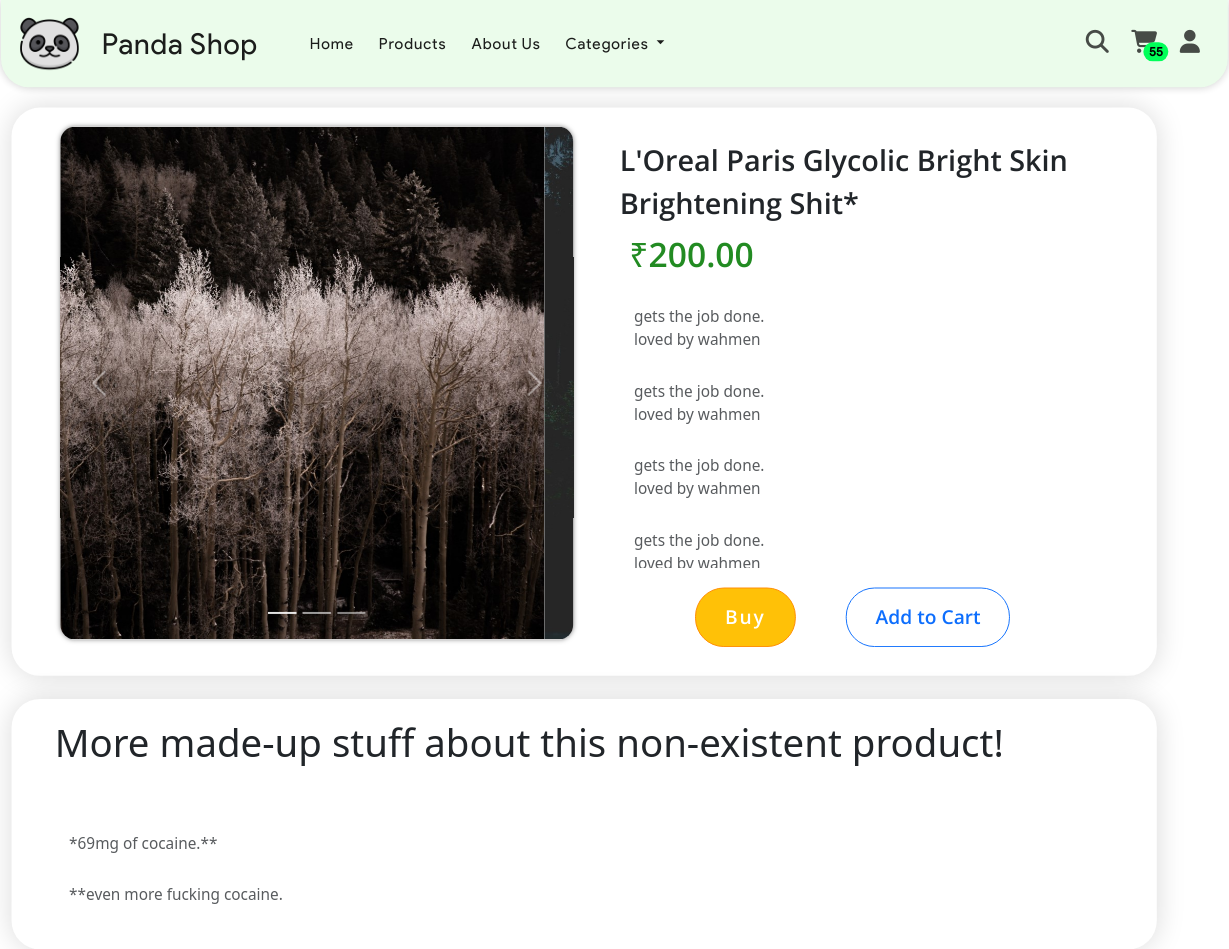
Repository: Anindyait/Panda-web-project
Page: http://localhost/Project1/product.html
The author's editor kept a copy of each file at every save. The page is drawn from the files as they stood at one save, then again after the next save.
The browser window is 1280 px wide. The pictures show the whole page, at 96% of full size.
Some web fonts or font styles are not loaded; a fallback is used. Some web libraries are served in a nearby version. The page is served by Tomcat 9.

Above is the page before, as saved 2022-11-26 15:10:48.

After the next save:
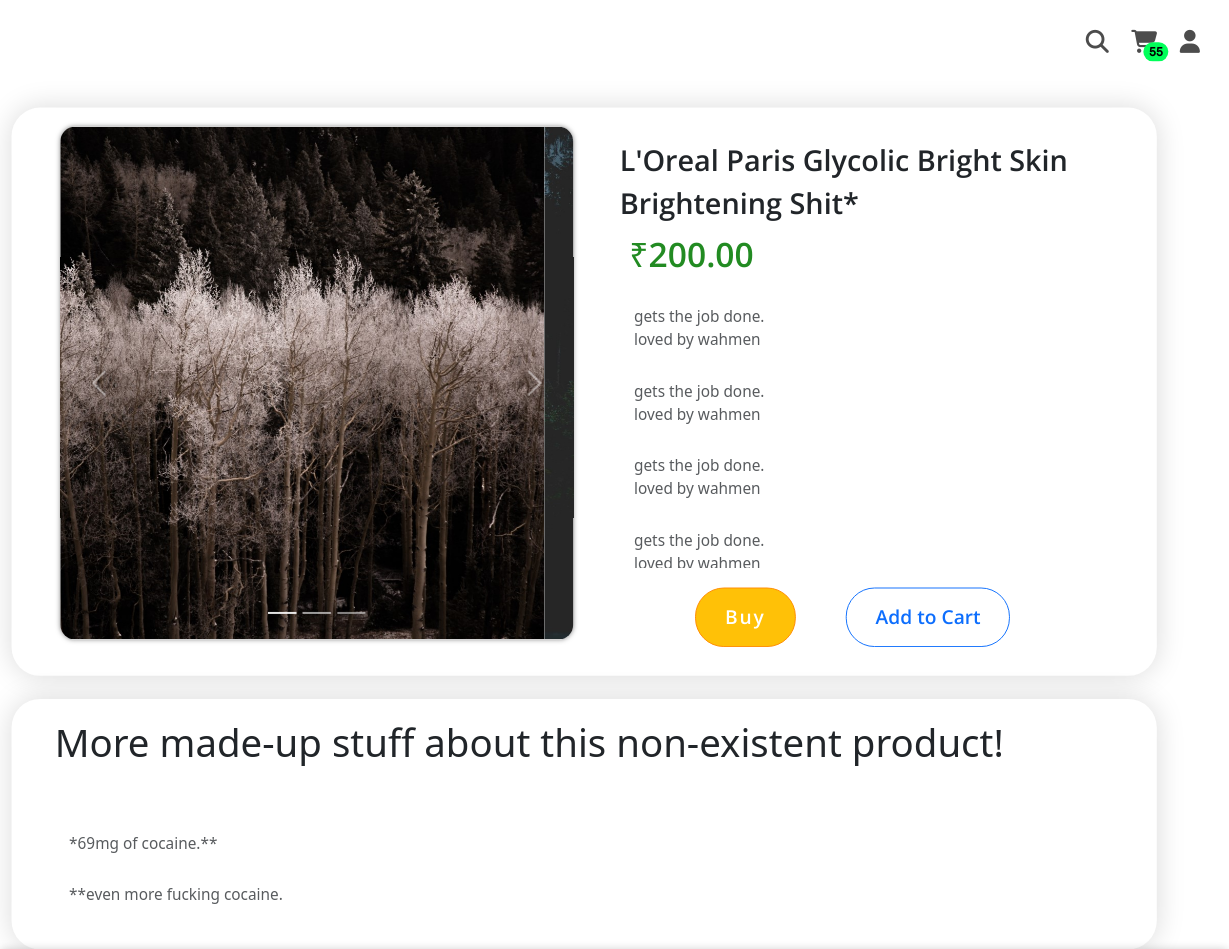
Saved 5 min 10 s later.
--- a/Project1/src/main/webapp/product.html
+++ b/Project1/src/main/webapp/product.html
@@ -27,7 +27,7 @@
 
 
     <script src="https://cdn.jsdelivr.net/npm/bootstrap@5.2.3/dist/js/bootstrap.bundle.min.js" integrity="sha384-kenU1KFdBIe4zVF0s0G1M5b4hcpxyD9F7jL+jjXkk+Q2h455rYXK/7HAuoJl+0I4" crossorigin="anonymous"></script>
-    <div id="header"></div>
+
 
     <div class="container-fluid">
     <div class="header-adjustment"></div>
@@ -103,5 +103,6 @@
             </div>
         </div>
     </div>
+    <div id="header"></div>
 </body>
 </html>

After the save that followed:
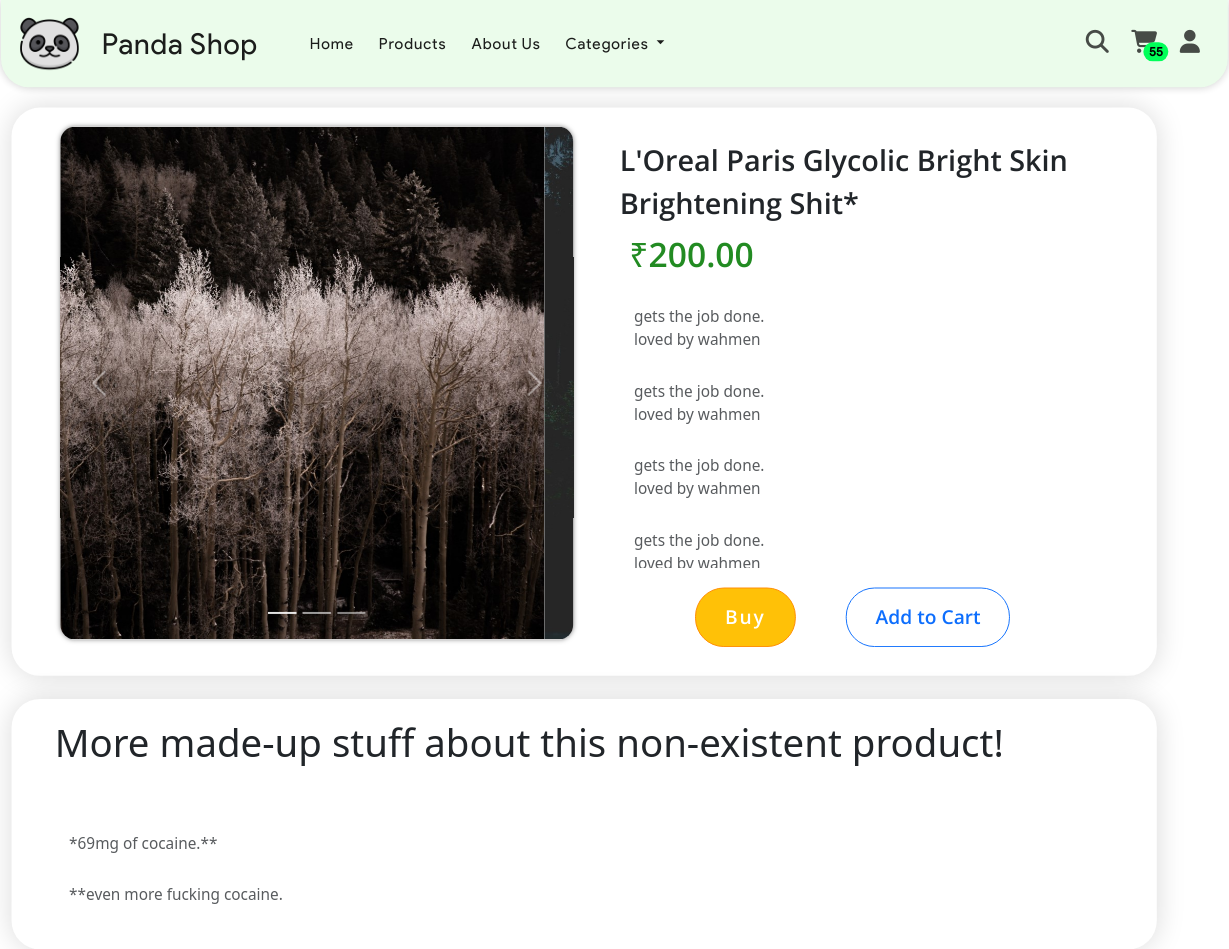
Saved 84 s later.
--- a/Project1/src/main/webapp/product.html
+++ b/Project1/src/main/webapp/product.html
@@ -27,7 +27,7 @@
 
 
     <script src="https://cdn.jsdelivr.net/npm/bootstrap@5.2.3/dist/js/bootstrap.bundle.min.js" integrity="sha384-kenU1KFdBIe4zVF0s0G1M5b4hcpxyD9F7jL+jjXkk+Q2h455rYXK/7HAuoJl+0I4" crossorigin="anonymous"></script>
-
+    <div id="header"></div>
 
     <div class="container-fluid">
     <div class="header-adjustment"></div>
@@ -103,6 +103,5 @@
             </div>
         </div>
     </div>
-    <div id="header"></div>
 </body>
 </html>
